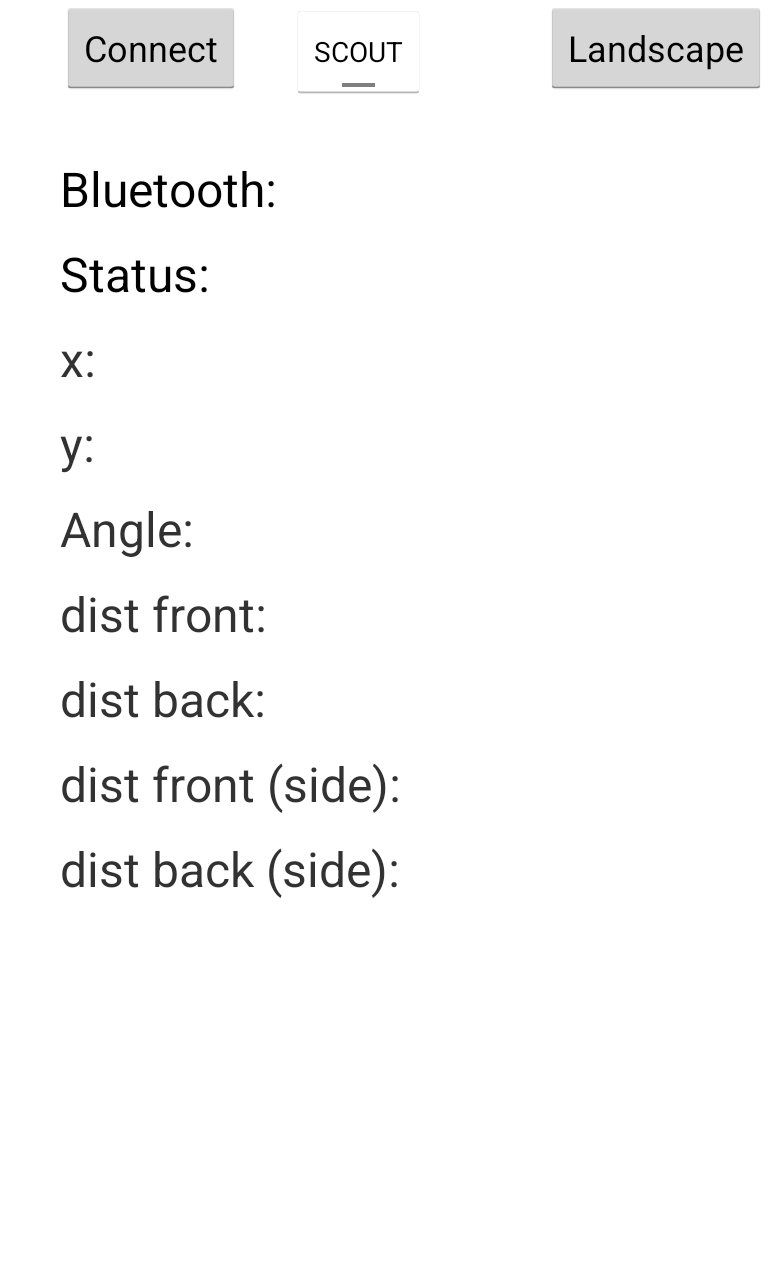
Repository: VietPhamTuyen/HSAMR_HMI_Viet
Layout: NXT/NXT Fernsteuerung/res/layout/activity_main.xml
These files come from the project's save history. The layout is drawn as it stood at one moment and after the next save; the edit follows.
It is drawn on a 768 x 1280 px phone screen (xhdpi) without system bars, with theme AppTheme; the app's code is not run.

Above is the layout before, as saved 2014-11-15 13:39:16.

After the next save:
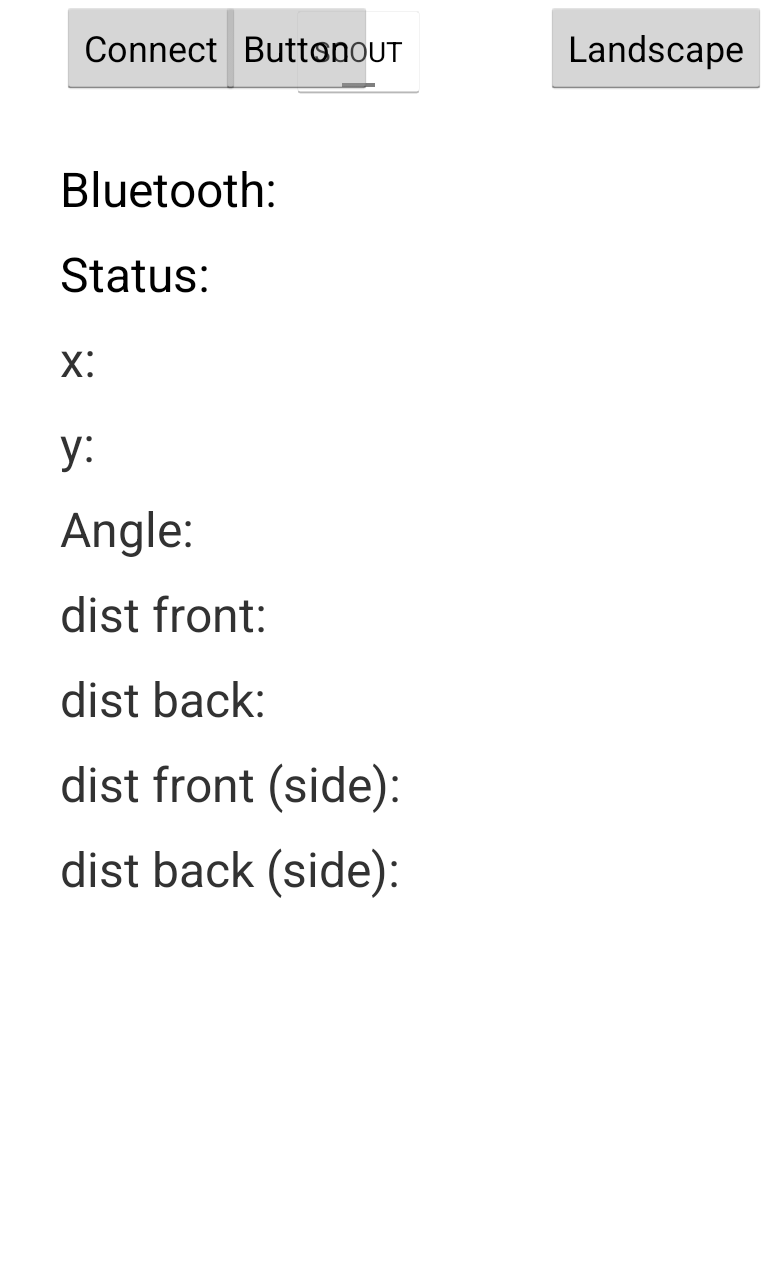
Saved 3 min 57 s later.
--- a/NXT/NXT Fernsteuerung/res/layout/activity_main.xml
+++ b/NXT/NXT Fernsteuerung/res/layout/activity_main.xml
@@ -252,4 +252,13 @@
         android:onClick="LandscapeButton"
         android:text="@string/landscapeButton" />
 
+    <Button
+        android:id="@+id/button1"
+        android:layout_width="wrap_content"
+        android:layout_height="wrap_content"
+        android:layout_alignParentTop="true"
+        android:layout_marginRight="85dp"
+        android:layout_toLeftOf="@+id/landscapebutton"
+        android:text="Button" />
+
 </RelativeLayout>
